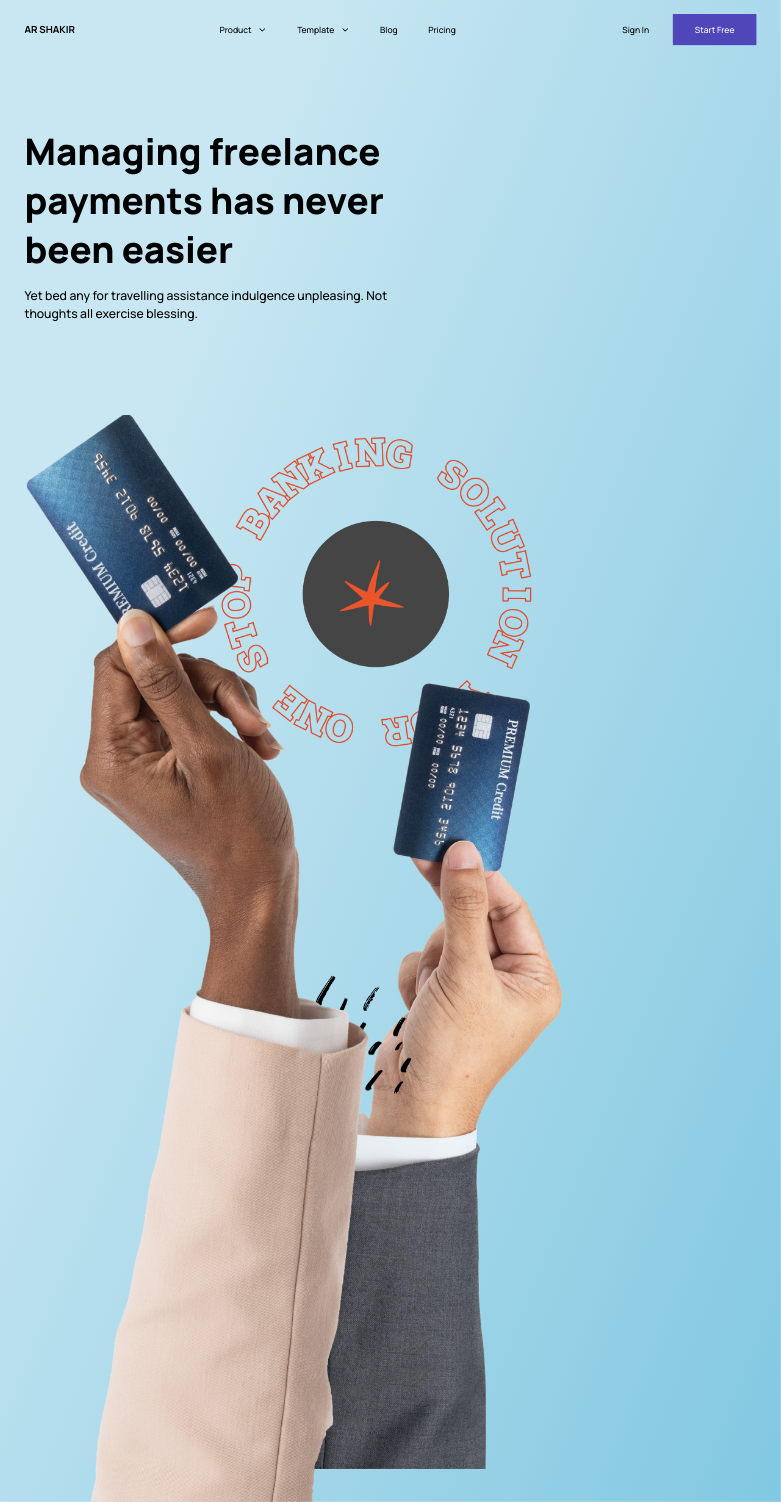
Repository: duongdori/ARShakir
Page: index.html
An editor plug-in stored every save of this project. The page is shown before and after the next save, followed by the edit.
The browser window is 1280 px wide. The pictures show the whole page, at 61% of full size.

Above is the page before, as saved 2022-04-01 23:10:27.

After the next save:
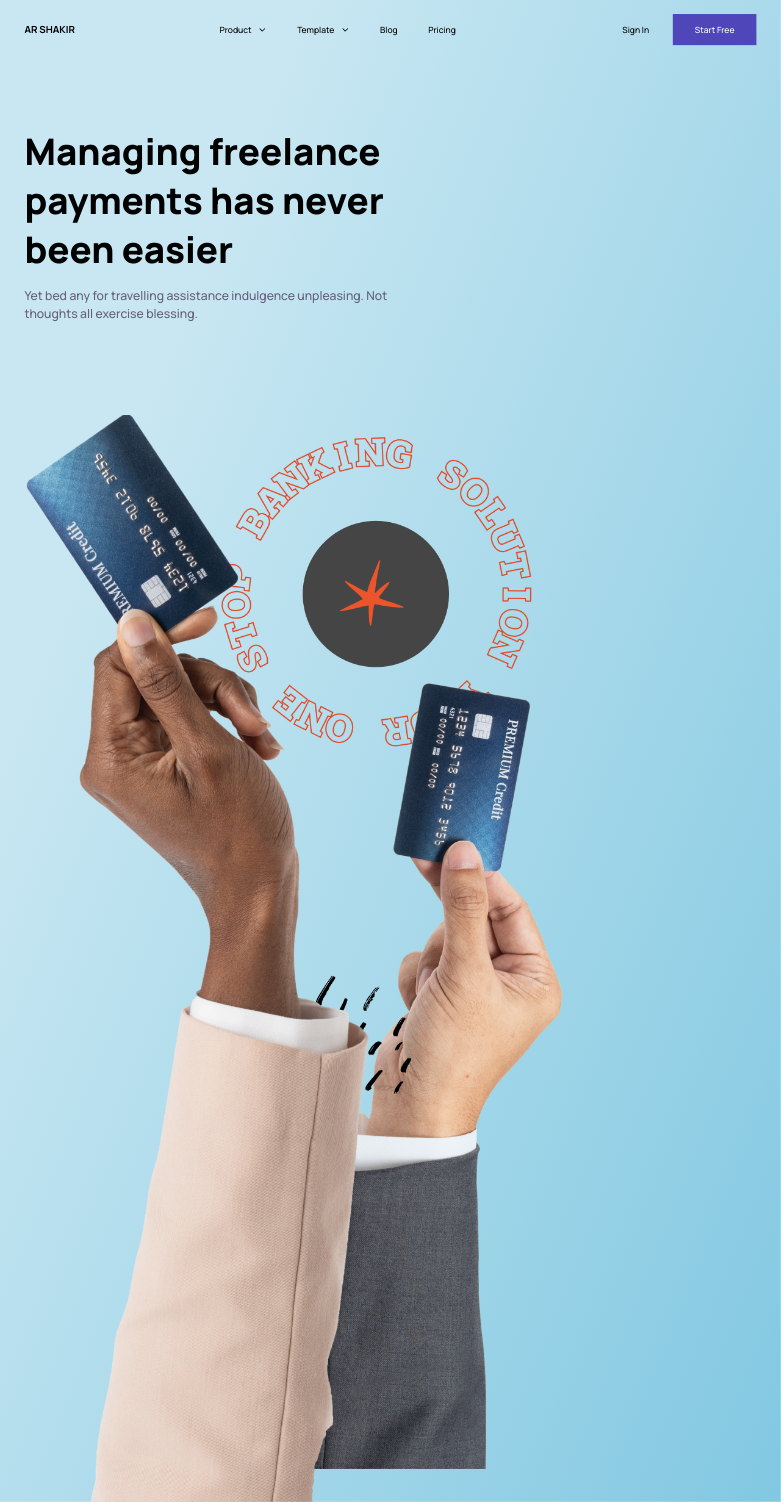
Saved 13 s later.
--- a/assets/css/main.css
+++ b/assets/css/main.css
@@ -140,4 +140,5 @@ body {
     margin-top: 22px;
     font-size: 20px;
     line-height: calc(30 / 20);
+    color: #64607D;
 }
